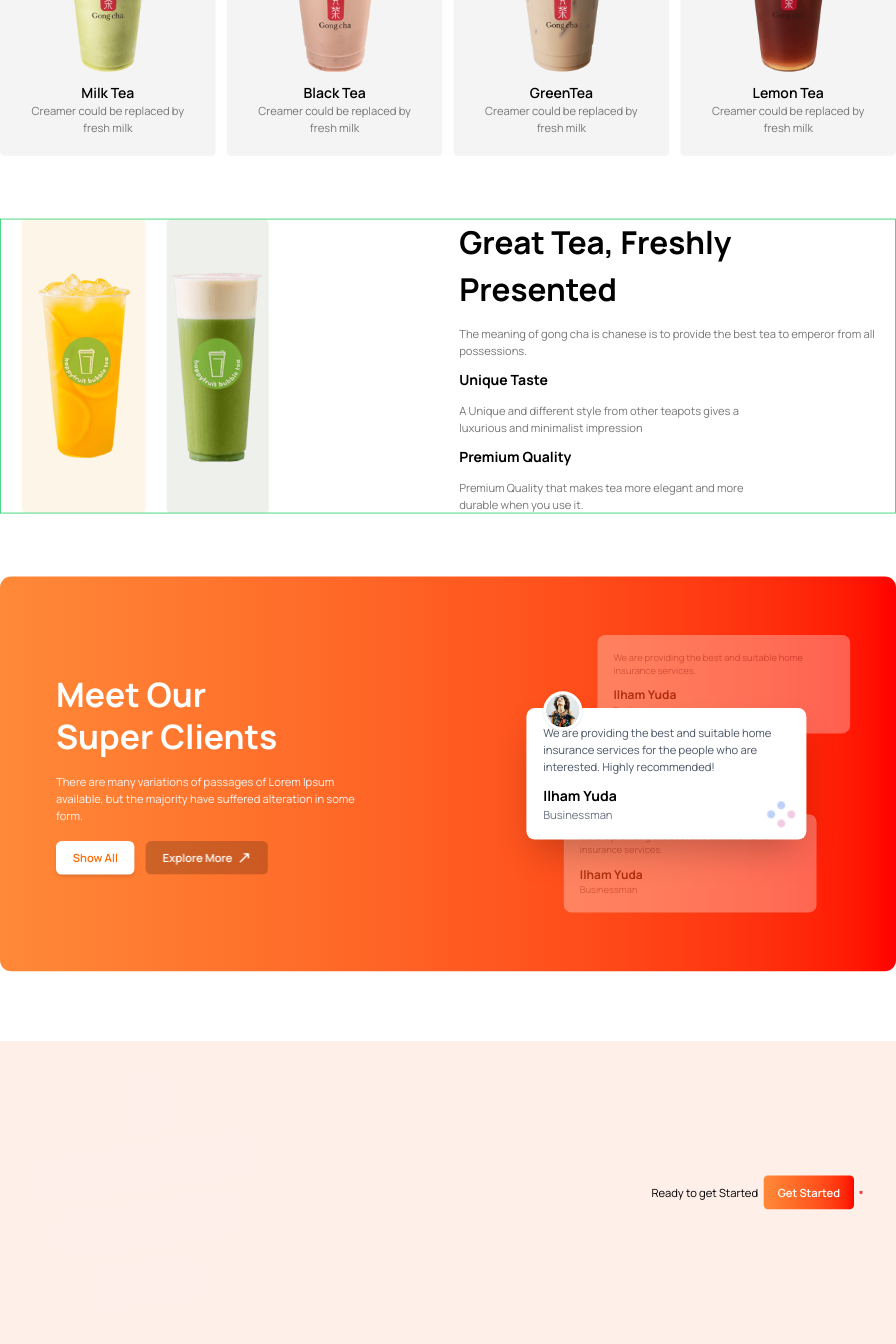
Repository: tanimtanzilislam/Tea-house
Page: index.html
An editor plug-in stored every save of this project. The page is shown before and after a run of saves, followed by the edit.
The browser window is 1280 px wide. The pictures show the part of the page from y = 1069 to 2989 px (the page is 2989 px tall), at 70% of full size.
Some web libraries are served in a nearby version.

Above is the page before, as saved 2026-04-10 17:52:38.

### index.html
<!DOCTYPE html>
<html lang="en">
<head>
    <meta charset="UTF-8">
    <meta name="viewport" content="width=device-width, initial-scale=1.0">
    <title>Tea House</title>
    <!-- Tailwind css -->
     <script src="https://cdn.jsdelivr.net/npm/@tailwindcss/browser@4"></script>

     <!-- Google fonts -->
      <link rel="preconnect" href="https://fonts.googleapis.com">
<link rel="preconnect" href="https://fonts.gstatic.com" crossorigin>
<link href="https://fonts.googleapis.com/css2?family=Manrope:wght@200..800&family=Work+Sans:ital,wght@0,100..900;1,100..900&display=swap" rel="stylesheet">

<style>
    *{
        font-family: "Manrope", sans-serif;
    }
</style>

<!-- font awesome cdn -->
<link rel="stylesheet" href="https://cdnjs.cloudflare.com/ajax/libs/font-awesome/7.0.1/css/all.min.css" integrity="sha512-2SwdPD6INVrV/lHTZbO2nodKhrnDdJK9/kg2XD1r9uGqPo1cUbujc+IYdlYdEErWNu69gVcYgdxlmVmzTWnetw==" crossorigin="anonymous" referrerpolicy="no-referrer" />

</head>

<body>

<section class="grid grid-cols-1 md:grid-cols-2 container border mx-auto">
    <div class="banner-left space-y-30">
        <h2 class="text-[80px] font-bold">It's good <br>tea time at The <br> Tea House</h2>
        <p class="text-[#777777]">Tea and Botanical Solutions Supplier Give Optimum <br>Satisfaction To Your Taste Buds.</p>
        <button class="py-3 px-5 rounded-md text-white font-semibold bg-linear-to-r from-[#FF8938] to-[#FF0000]">
            Explore More
            <span class="-rotate-45 inline-block">
                <i class="fa-solid fa-arrow-right-long"></i>
            </span>
        </button>
    </div>

    <div class="banner-right flex justify-end items-end relative">
        <img src="./images/banner.png" alt="">

        <!-- Rating div -->
        <div class="bg-white rounded-xl shadow-2xl flex justify-between items-center gap-2 w-[250px] absolute bottom-[15px] left-[200px] py-[25px] px-[15px]">
            <img src="./images/Group 5.png" alt="">
            <h2 class="font-bold text-2xl">5.00</h2>
            <p>Trust Rating</p>
        </div>
    </div>
</section>

<!-- Featured section -->
<section class="container mx-auto my-[90px]">

    <div class="text-center max-w-[65%] mx-auto mb-[50px]">
        <h2 class="font-bold text-[45px]">Our Featured Products</h2>
        <p class="text-[#777777]">
            There are many variations of passages of Lorem Ipsum available, but the majority have suffered alteration.
        </p>
    </div>

    <div class="featured-card-parent grid grid-cols-1 sm:grid-cols-2 md:grid-cols-4 gap-4">

        <div class="featured-card bg-linear-to-b from-[#f4f4f4] to-[#f4f4f4] p-7 text-center rounded-md">
            <img src="./images/tea-1.png" alt="" class="mx-auto mb-4">
            <h2 class="font-semibold text-xl">Milk Tea</h2>
            <p class="text-[#777777]">Creamer could be replaced by fresh milk</p>
        </div>

        <div class="featured-card bg-linear-to-b from-[#f4f4f4] to-[#f4f4f4] p-7 text-center rounded-md">
            <img src="./images/tea-2.png" alt="" class="mx-auto mb-4">
            <h2 class="font-semibold text-xl">Black Tea</h2>
            <p class="text-[#777777]">Creamer could be replaced by fresh milk</p>
        </div>

        <div class="featured-card bg-linear-to-b from-[#f4f4f4] to-[#f4f4f4] p-7 text-center rounded-md">
            <img src="./images/tea-3.png" alt="" class="mx-auto mb-4">
            <h2 class="font-semibold text-xl">GreenTea</h2>
            <p class="text-[#777777]">Creamer could be replaced by fresh milk</p>
        </div>

        <div class="featured-card bg-linear-to-b from-[#f4f4f4] to-[#f4f4f4] p-7 text-center rounded-md">
            <img src="./images/tea-4.png" alt="" class="mx-auto mb-4">
            <h2 class="font-semibold text-xl">Lemon Tea</h2>
            <p class="text-[#777777]">Creamer could be replaced by fresh milk</p>
        </div>

    </div>
</section>

<!-- Great Tea sections -->
<section class="container mx-auto grid md:grid-cols-2 gap-8 mb-[90px] border border-green-500">

    <div class="great-tea-left flex gap-[30px] grid-cols-2 grid-rows-3">
        <div class="row-span-1 bg-linear-to-r from-[#ff0000] to-[#ff8938] opacity-10 rounded-md"></div>

        <div class="border-red-500 row-span-1 flex justify-center items-center bg-[#e6a6231a] rounded-md">
            <img src="./images/fresh-1.png" alt="">
        </div>

        <div class="border-red-500 row-span-2 flex justify-center items-center bg-[#5776391a] rounded-md">
            <img src="./images/fresh-2.png" alt="">
        </div>

        <div class="border-red-500 rounded-md"></div>
    </div>

    <div class="great-tea-right space-y-4">

        <h2 class="text-[45px] font-bold">Great Tea, Freshly <br>
             Presented</h2>

        <p class="text-[#777777]">
            The meaning of gong cha is chanese is to provide the best tea to emperor from all possessions.
        </p>

        <h2 class="font-bold text-[20px]">Unique Taste</h2>
        <p class="text-[#777777]">
            A Unique and different style from other teapots gives a <br> luxurious and minimalist impression
        </p>

        <h2 class="font-bold text-[20px]">Premium Quality</h2>
        <p class="text-[#777777]">
            Premium Quality that makes tea more elegant and more  <br>
            durable when you use it.
        </p>

    </div>

</section>

<!-- Meet our super client -->

<section class="container mx-auto grid md:grid-cols-2 gap-12 mb-[100px] bg-gradient-to-r from-[#ff8938] to-[#ff0000] p-6 md:p-[80px] text-white rounded-2xl">

    <!-- LEFT SIDE -->
    <div class="flex flex-col justify-center space-y-6">
        <h2 class="text-3xl md:text-[48px] font-bold leading-tight">
            Meet Our <br> Super Clients
        </h2>

        <p class="text-[#f4f4f4] max-w-md">
            There are many variations of passages of Lorem Ipsum available,
            but the majority have suffered alteration in some form.
        </p>

        <div class="flex gap-4 flex-wrap">
            <button class="py-3 px-6 rounded-lg font-semibold bg-white text-orange-500 shadow-md hover:scale-105 transition">
                Show All
            </button>

            <button class="py-3 px-6 rounded-lg font-semibold bg-black/20 backdrop-blur hover:bg-black/30 transition">
                Explore More
                <span class="-rotate-45 inline-block ml-1">
                    <i class="fa-solid fa-arrow-right-long"></i>
                </span>
            </button>
        </div>
    </div>

    <!-- RIGHT SIDE -->
    <div class="relative flex flex-col items-center md:items-end justify-center">

        <!-- BACK CARD (TOP) -->
        <div class="bg-white text-black rounded-xl p-6 w-full max-w-[380px] opacity-30 scale-95 translate-x-6">
            <p class="text-gray-500 text-sm">
                We are providing the best and suitable home insurance services.
            </p>
            <h2 class="font-bold text-lg mt-3">Ilham Yuda</h2>
            <h3 class="text-gray-500 text-sm">Businessman</h3>
        </div>

        <!-- MAIN CARD -->
        <div class="bg-white text-black rounded-xl p-6 w-full max-w-[400px] relative z-20 shadow-2xl -mt-10 md:-translate-x-12 hover:scale-105 transition duration-300">

            <p class="text-gray-600">
                We are providing the best and suitable home insurance services
                for the people who are interested. Highly recommended!
            </p>

            <h2 class="font-bold text-xl mt-4">Ilham Yuda</h2>
            <h3 class="text-gray-500">Businessman</h3>

            <!-- Avatar -->
            <div class="absolute -top-6 left-6 bg-white p-1 rounded-full shadow">
                <img src="./images/client.png" alt="" class="w-12 h-12 rounded-full">
            </div>

            <!-- Decoration -->
            <img src="./images/circles.png" alt="" class="absolute right-4 bottom-4 w-10 opacity-70">
        </div>

        <!-- BACK CARD (BOTTOM) -->
        <div class="bg-white text-black rounded-xl p-6 w-full max-w-[380px] opacity-30 scale-95 -translate-x-6 -mt-10">
            <p class="text-gray-500 text-sm">
                We are providing the best and suitable home insurance services.
            </p>
            <h2 class="font-bold text-lg mt-3">Ilham Yuda</h2>
            <h3 class="text-gray-500 text-sm">Businessman</h3>
        </div>

    </div>

</section>

<section>

 <footer class="bg-[#ffefe9] p-12">
    <div class=" container mx-auto bg-[#ffefe9]">
 <!-- footer top -->
        <div class="flex justify-between">
            <img src="./images/bg_cup.png" alt="">
            <div class="flex gap-2 items-center">
                <p> Ready to get Started</p>
                <button class="py-3 px-5 rounded-md text-white font-semibold bg-linear-to-r from-[#FF8938] to-[#FF0000]">
            Get Started

        </button>

<!-- Footer links -->

<div class="border-2 border-red-500">
    <ul>
        <li></li>
    </ul>
    <ul></ul>
    <ul></ul>
    <ul></ul>
</div>

            </div>

        </footer>
    </div>

    </div>
</section>
</body>
</html>

After the next 2 saves:
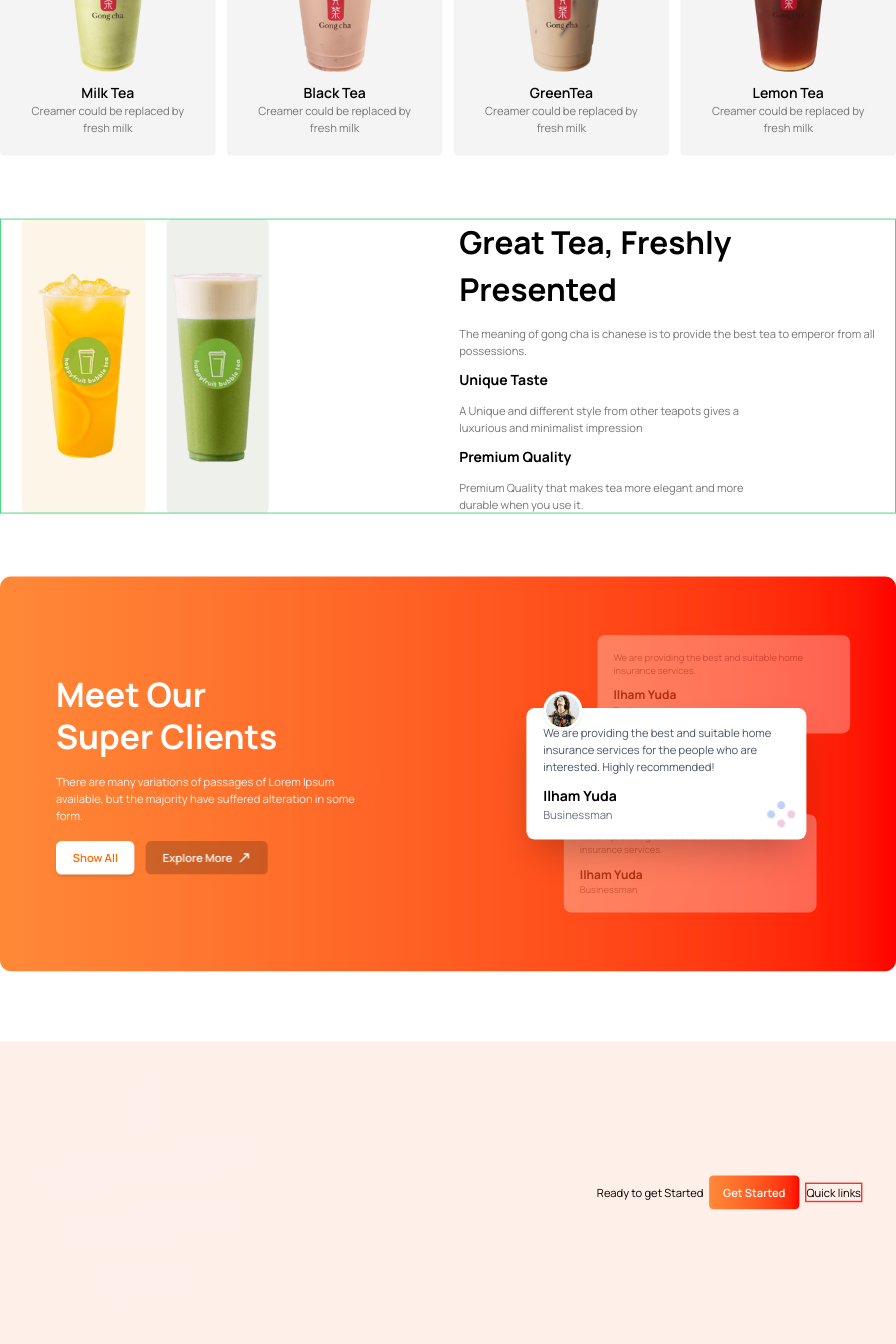
The 2 saves are shown as one change because they came seconds apart.
The last was saved 7 s later.
--- a/index.html
+++ b/index.html
@@ -221,7 +221,7 @@
 
 <div class="border-2 border-red-500">
     <ul>
-        <li></li>
+        <li>Quick links</li>
     </ul>
     <ul></ul>
     <ul></ul>
